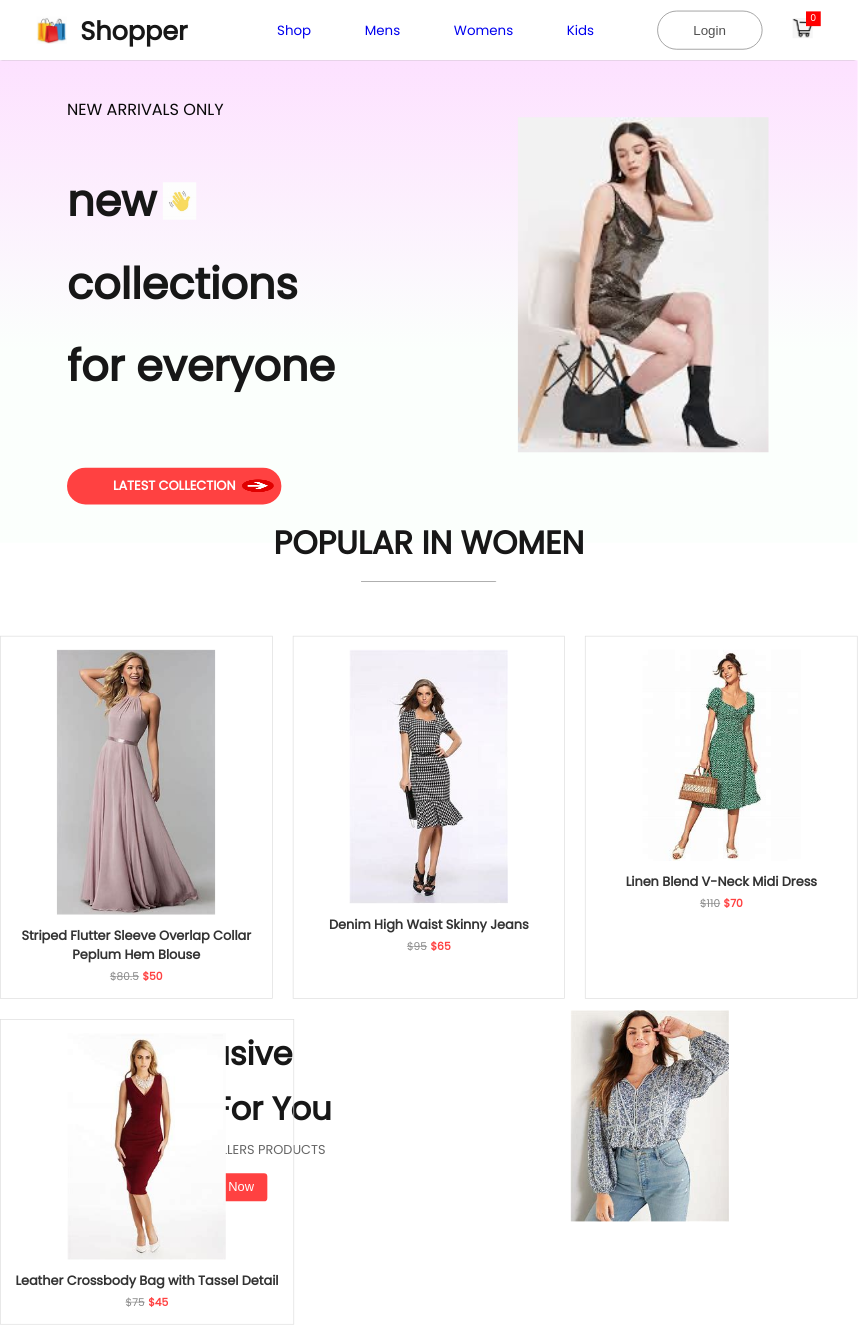
Repository: sshaiv/Shoppie_EcommerceAPP
Page: /
An editor plug-in stored every save of this project. The page is shown before and after the next save, followed by the edit.
The browser window is 1280 px wide. The pictures show the whole page, at 67% of full size.
The project was rebuilt for these pictures with package versions that can differ from the ones it lists, and the page was loaded fresh each time. Also part of the build but not shown: src/App.css, src/Components/Pages/ShopCategory.jsx, src/Components/Pages/Product.jsx, src/Components/Pages/Cart.jsx, src/Components/Pages/LoginSignup.jsx.

Above is the page before, as saved 2024-07-16 18:37:20.

### public/index.html
<!DOCTYPE html>
<html lang="en">
  <head>
    <meta charset="utf-8" />
    <link rel="icon" href="%PUBLIC_URL%/favicon.ico" />
    <meta name="viewport" content="width=device-width, initial-scale=1" />
    <meta name="theme-color" content="#000000" />
    <meta
      name="description"
      content="Web site created using create-react-app"
    />
    <link rel="apple-touch-icon" href="%PUBLIC_URL%/logo192.png" />
    <!--
      manifest.json provides metadata used when your web app is installed on a
      user's mobile device or desktop. See https://developers.google.com/web/fundamentals/web-app-manifest/
    -->
    <link rel="manifest" href="%PUBLIC_URL%/manifest.json" />
    <!--
      Notice the use of %PUBLIC_URL% in the tags above.
      It will be replaced with the URL of the `public` folder during the build.
      Only files inside the `public` folder can be referenced from the HTML.

      Unlike "/favicon.ico" or "favicon.ico", "%PUBLIC_URL%/favicon.ico" will
      work correctly both with client-side routing and a non-root public URL.
      Learn how to configure a non-root public URL by running `npm run build`.
    -->
    <link rel="preconnect" href="https://fonts.googleapis.com">
    <link rel="preconnect" href="https://fonts.gstatic.com" crossorigin>
    <link href="https://fonts.googleapis.com/css2?family=Poppins&display=swap" rel="stylesheet">
    <title>E-Commerce</title>
  </head>
  <body>
    <noscript>You need to enable JavaScript to run this app.</noscript>
    <div id="root"></div>
    <!--
      This HTML file is a template.
      If you open it directly in the browser, you will see an empty page.

      You can add webfonts, meta tags, or analytics to this file.
      The build step will place the bundled scripts into the <body> tag.

      To begin the development, run `npm start` or `yarn start`.
      To create a production bundle, use `npm run build` or `yarn build`.
    -->
  </body>
</html>

### src/index.css
*{
  margin: 0;
}

body {
  margin: 0;
  font-family: -apple-system, BlinkMacSystemFont, 'Segoe UI', 'Roboto', 'Oxygen',
    'Ubuntu', 'Cantarell', 'Fira Sans', 'Droid Sans', 'Helvetica Neue',
    sans-serif;
  -webkit-font-smoothing: antialiased;
  -moz-osx-font-smoothing: grayscale;

 font-family:'Poppins';

}

code {
  font-family: source-code-pro, Menlo, Monaco, Consolas, 'Courier New',
    monospace;
}

### src/App.js
import React from 'react';
import './App.css';
import Navbar from './Components/Navbar/Navbar';
import { BrowserRouter, Routes, Route } from 'react-router-dom';
import ShopCategory from './Components/Pages/ShopCategory';
import Product from './Components/Pages/Product';
import Cart from './Components/Pages/Cart';
import LoginSignup from './Components/Pages/LoginSignup';
import Shop from './Components/Pages/Shop';

const App = () => {
  return (
    <div>
      <BrowserRouter>
        <Navbar />
        <Routes>
          <Route path='/' element={<Shop />} />
          <Route path='/mens' element={<ShopCategory category='mens' />} />
          <Route path='/womens' element={<ShopCategory category='women' />} />
          <Route path='/kids' element={<ShopCategory category='kids' />} />
          <Route path='/product' element={<Product />} />
          <Route path='/product/:productID' element={<Product />} />
          <Route path='/cart' element={<Cart />} />
          <Route path='/login' element={<LoginSignup />} />
        </Routes>
      </BrowserRouter>
    </div>
  );
}

export default App;

### src/Components/Navbar/Navbar.jsx
import React, { useState } from 'react'
import './Navbar.css'
import logo from '../Assets/logo.png'
import cart_icon from '../Assets/cart_icon.png'
import { Link } from 'react-router-dom'

const Navbar = () => {
const [menu,setMenu]=useState("shop");

  return (
    <div>
      <div className='navbar'>
        <div className='nav-logo'>
          <img src={logo} alt="Logo" />
          <p>Shopper</p>
        </div>
        <ul className='nav-menu'>
            <li onClick={()=>{setMenu("shop")}}><Link style={{textDecoration:'none'}} to='/'>Shop </Link>{menu==="shop"? <hr/> :<></>}   </li>
            <li onClick={()=>{setMenu("mens")}}><Link style={{textDecoration:'none'}}  to='/mens'>Mens</Link> {menu==="shop"? <hr/> :<></>} </li>
            <li onClick={()=>{setMenu("womens")}}><Link style={{textDecoration:'none'}}  to='/womens'>Womens </Link> {menu==="shop"? <hr/> :<></>} </li>
            <li onClick={()=>{setMenu("kids")}}><Link style={{textDecoration:'none'}}  to='/kids'>Kids</Link> {menu==="shop"? <hr/> :<></>} </li>
        </ul>

        <div className="nav-login-cart">
          <Link to='/login'>  <button>Login</button></Link>
       <Link to='/cart'>   <img src={cart_icon} alt="" /></Link>
      <div className="nav-cart-count">0</div>
        </div>
      </div>
    </div>
  )
}

export default Navbar

### src/Components/Pages/Shop.jsx
import React from 'react';
import Hero from '../Hero/Hero';
import Popular from '../Popular/Popular';
import Offers from '../Offers/Offers';


const Shop = () => {
  return (
    <div>
      <Hero/>
      <Popular/>
      <Offers/>
    </div>
  );
}

export default Shop;

### src/Components/Navbar/Navbar.css
.navbar{
    display: flex;
    justify-content: space-around;
    padding: 16px;
    box-shadow:0 1px 3px -2px black ;

}
.nav-logo{
    display:flex;
    align-items: center;
    gap: 10px;
}

.nav-logo p{
    color: #171717;
    font-size: 38px;
    font-weight: 600;
}
.nav-menu{
    display:flex;
    align-items:center;
    list-style: none;
    gap: 50px;
    color:#626262;
    font-size: 20px;
    font-weight: 500;

}


  .nav-logo img {
    height: 40px;
    margin-right: 10px;
  }



  .nav-menu li {
    margin: 0 15px;
    position: relative;
    cursor: pointer;
  }

  .nav-menu li:hover hr {
    display: block;
  }

  .nav-menu hr {
    display: none;
    width: 80%;
    height: 3px;
    border-radius: 10px;
    background-color:red;

  }

  .nav-login-cart {
    display: flex;
    align-items: center;
    gap: 45px;
  }

  .nav-login-cart button {
    width: 157px;
    height: 58px;
    outline: none;
    border: 1px solid #7a7a7a;
    border-radius: 75px;
    color:#515151;
    font-size: 20px;
    font-weight: 500;
    background: white;
    cursor: pointer;
  }

  .nav-login-cart button:active{
    background:#f3f3f3;
  }
  .nav-login-cart img {
    height: 30px;
    cursor: pointer;
  }
  .nav-cart-count{
    width: 22px;
    height: 22px;
    display: flex;
    justify-content: center;
    align-items:center;
    margin-top: -35px;
    margin-left: -55px;
    border: radius 11px;
    font-size: 14px;
    background-color:red;
    color:white;
  }

  @media (max-width: 768px) {
    .navbar {
      flex-direction: column;
      align-items: center;
    }

    .nav-logo p {
      font-size: 20px;
    }

    .nav-menu {
      flex-direction: column;
      align-items: center;
      gap: 10px;
    }

    .nav-menu li {
      margin: 10px 0;
    }

    .nav-login-cart {
      flex-direction: column;
      align-items: center;
      gap: 10px;
    }
  }

### src/Components/Hero/Hero.jsx
import React from "react";
import "./Hero.css";
import hand_icon from "../Assets/hand_icon.png";
import arrow_icon from "../Assets/arrow_icon.png";
import hero_imae from '../Assets/hero_imae.png';

const Hero = () => {
  return (
    <div className="hero">
      <div className="hero-left">
        <h2>NEW ARRIVALS ONLY</h2>
        <div className="hero-hand-icon">
          <p>new</p>
          <img src={hand_icon} alt="hand icon" />
        </div>
        <p>collections</p>
        <p>for everyone</p>
        <div className="hero-latest-btn">
          <div>Latest Collection</div>
          <img src={arrow_icon} alt="arrow icon" />
        </div>
      </div>
      <div className="hero-right">
        <img src={hero_imae} alt="hero" />
      </div>
    </div>
  );
};

export default Hero;

### src/Components/Popular/Popular.jsx
import React from 'react';
import './Popular.css';
import data_product from '../Assets/data';
// import Item from '../Item/Item';

const Popular = () => {
  return (
    <div className='popular'>
      <h1>POPULAR IN WOMEN</h1>
      <hr />
      <div className="popular-item">
        {data_product.map((item, i) => (
          <div className="item" key={i}>
            <img src={item.image} alt={item.name} />
            <div className="name">{item.name}</div>
            <div className="price">
              <span className="old-price">${item.old_price}</span>
              <span className="new-price">${item.new_price}</span>
            </div>
          </div>
        ))}
      </div>
    </div>
  );
}

export default Popular;

### src/Components/Offers/Offers.jsx
import React from 'react'
import './Offers.css'
import exclusive_image from '../Assets/exclusive_image.png'

const Offers = () => {
  return (
    <div className='offers'>
      <div className="offers-left">
        <h1>Exclusive</h1>
        <h1>Offers For You</h1>
        <p>ONLY ON BEST SELLERS PRODUCTS </p>
        <button>Check Now</button>
      </div>
      <div className="offers-right">
        <img src={exclusive_image} alt="" />
      </div>
    </div>
  )
}

export default Offers

### src/Components/Hero/Hero.css
.hero {
    height: 100vh;
    background: linear-gradient(180deg, #fde1ff, #e1ffea22 60%);
    display: flex;
    justify-content: space-between;
    align-items: center;
    padding: 0 50px;
    box-sizing: border-box;
  }

  .hero-left {
    flex: 1;
    display: flex;
    flex-direction: column;
    justify-content: center;
    gap: 20px;
    padding-left: 50px;
    line-height: 1.3;
  }

  .hero-left h2 {
    color: #090909;
    font-size: 1.5rem;
    font-weight: 500;
    position: relative;
    bottom: 50px;
  }

  .hero-left p {
    color: #171717;
    font-size: 4rem;
    font-weight: 700;
    margin: 10px 0;
  }

  .hero-hand-icon {
    display: flex;
    align-items: center;
    gap: 10px;
    font-size: 1.5rem;
    font-weight: 500;
    color: #ff4141;
  }

  .hero-hand-icon img {
    width: 50px;
  }
  .hero-latest-btn {
    width: 260px;
    display: flex;
    justify-content: center;
    align-items: center;
    gap: 10px;
    padding: 15px 30px;
    border-radius: 50px;
    margin-top: 30px;
    background: #ff4141;
    color: white;
    font-size: 1.2rem;
    font-weight: 600;
    text-transform: uppercase;
    transition: background 0.3s ease, transform 0.3s ease;
    cursor: pointer;
    position: relative;
    top: 50px; /* Add position relative to the parent */
  }

  .hero-latest-btn img {
    height: 20px;
    width: 50px;
    position: absolute; /* Position the image absolutely */
    right: 10px; /* Adjust right position as needed */
  }

  .hero-latest-btn:hover {
    background: #e63939;
    transform: scale(1.05);
  }


  .hero-right {
    flex: 1;
    display: flex;
    justify-content: center;
    align-items: center;
    padding-right: 50px;
  }

  .hero-right img {
    max-width: 100%;
    height: 500px;
   position: relative;
   left: 50px;
   bottom: 25px;

  }

### src/Components/Popular/Popular.css
.popular {
    height: 90vh;
    display: flex;
    flex-direction: column;
    align-items: center;
    gap: 10px;
    position: relative;
    bottom: 35px;
  }

  .popular h1 {
    font-size: 3rem; /* Adjusted font size */
    font-weight: 600;
    color: #171717;
    margin-bottom: 10px; /* Added margin for spacing */
  }

  .popular hr {
    width: 200px;
    height: 6px;
    border-radius: 10px;
    background: #252525;
    margin-bottom: 20px; /* Added margin for spacing */
  }

  .popular-item {
    margin-top: 50px;
    display: flex;
    flex-wrap: wrap; /* Allow items to wrap onto new lines */
    justify-content: space-between; /* Distribute items with space between */
    gap: 30px; /* Increased gap between items */
  }

  .popular-item .item {
    border: 1px solid #ddd; /* Example border style for items */
    padding: 20px; /* Example padding for items */
    flex: 1 1 300px; /* Flex basis to control item width */
    max-width: calc(33.33% - 30px); /* Adjust for three items per row */
    text-align: center;
  }

  .popular-item .item img {
    max-width: 100%;
    height: auto;
    margin-bottom: 10px; /* Space below image */
  }

  .popular-item .item .name {
    font-size: 1.2rem; /* Adjusted font size for item name */
    font-weight: bold;
    color: #333;
    margin-bottom: 5px; /* Space below name */
  }

  .popular-item .item .price {
    font-size: 1rem; /* Adjusted font size for prices */
    color: #888;
  }

  .popular-item .item .old-price {
    text-decoration: line-through; /* Strikethrough for old price */
    margin-right: 5px; /* Space between old and new price */
  }

  .popular-item .item .new-price {
    font-weight: bold;
    color: #ff4141;
  }

  @media (max-width: 768px) {
    .popular h1 {
      font-size: 2rem; /* Adjusted font size for smaller screens */
    }

    .popular-item .item {
      max-width: calc(50% - 20px); /* Adjust for two items per row */
    }
  }

### src/Components/Assets/data.js
import p1_img from './product1.png'
import p2_img from './product2.png'
import p3_img from './product3.png'
import p4_img from './product4.png'


let data_product = [
    {
      id: 1,
      name: "Striped Flutter Sleeve Overlap Collar Peplum Hem Blouse",
      image: p1_img,
      new_price: 50.00,
      old_price: 80.50,
    },
    {
      id: 2,
      name: "Denim High Waist Skinny Jeans",
      image: p2_img,
      new_price: 65.00,
      old_price: 95.00,
    },
    {
      id: 3,
      name: "Linen Blend V-Neck Midi Dress",
      image: p3_img,
      new_price: 70.00,
      old_price: 110.00,
    },
    {
      id: 4,
      name: "Leather Crossbody Bag with Tassel Detail",
      image: p4_img,
      new_price: 45.00,
      old_price: 75.00,
    },
  ];


export default data_product;

### src/Components/Offers/Offers.css
.offers {
    display: flex;
    justify-content: space-around;
    align-items: center;
    margin: 50px 0;
  }

  .offers-left {
    flex: 1;
    padding: 0 20px;
    text-align: center;
  }

  .offers-left h1 {
    font-size: 3rem;
    font-weight: bold;
    color: #171717;
    margin-bottom: 10px;
  }

  .offers-left p {
    color: #666;
    font-size: 1.2rem;
    margin-bottom: 20px;
  }

  .offers-left button {
    padding: 10px 20px;
    background-color: #ff4141;
    color: white;
    border: none;
    border-radius: 5px;
    font-size: 1.2rem;
    cursor: pointer;
    transition: background-color 0.3s ease;
  }

  .offers-left button:hover {
    background-color: #e63939;
  }

  .offers-right {
    flex: 1;
    display: flex;
    justify-content: center;
  }

  .offers-right img {
    max-width: 100%;
    height: auto;
  }

Loaded but not shown: src/index.js (common file); src/reportWebVitals.js (common file)

After the next save:
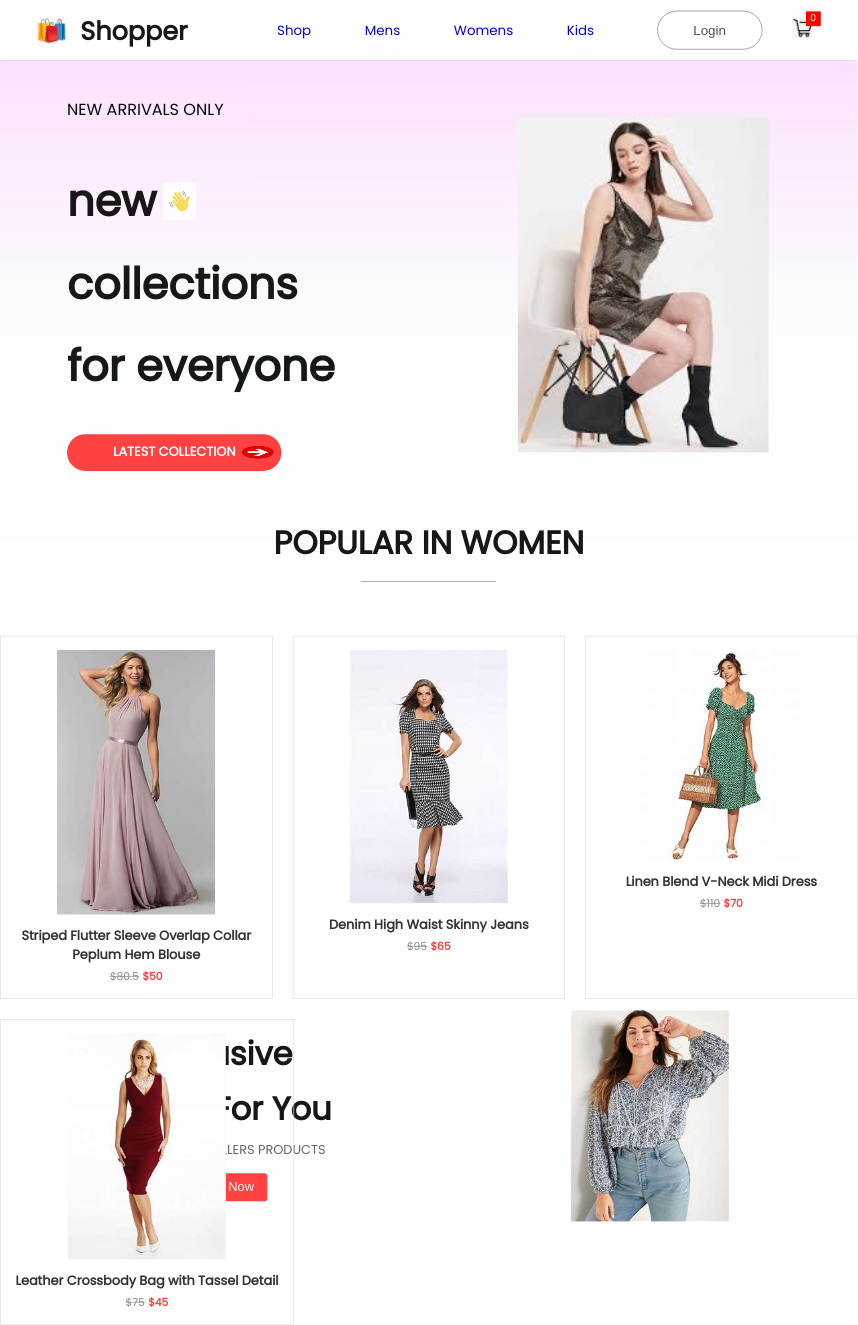
Saved 5 s later.
--- a/src/Components/Hero/Hero.css
+++ b/src/Components/Hero/Hero.css
@@ -62,7 +62,7 @@
     transition: background 0.3s ease, transform 0.3s ease;
     cursor: pointer;
     position: relative;
-    top: 50px; /* Add position relative to the parent */
+    /* Add position relative to the parent */
   }
 
   .hero-latest-btn img {
